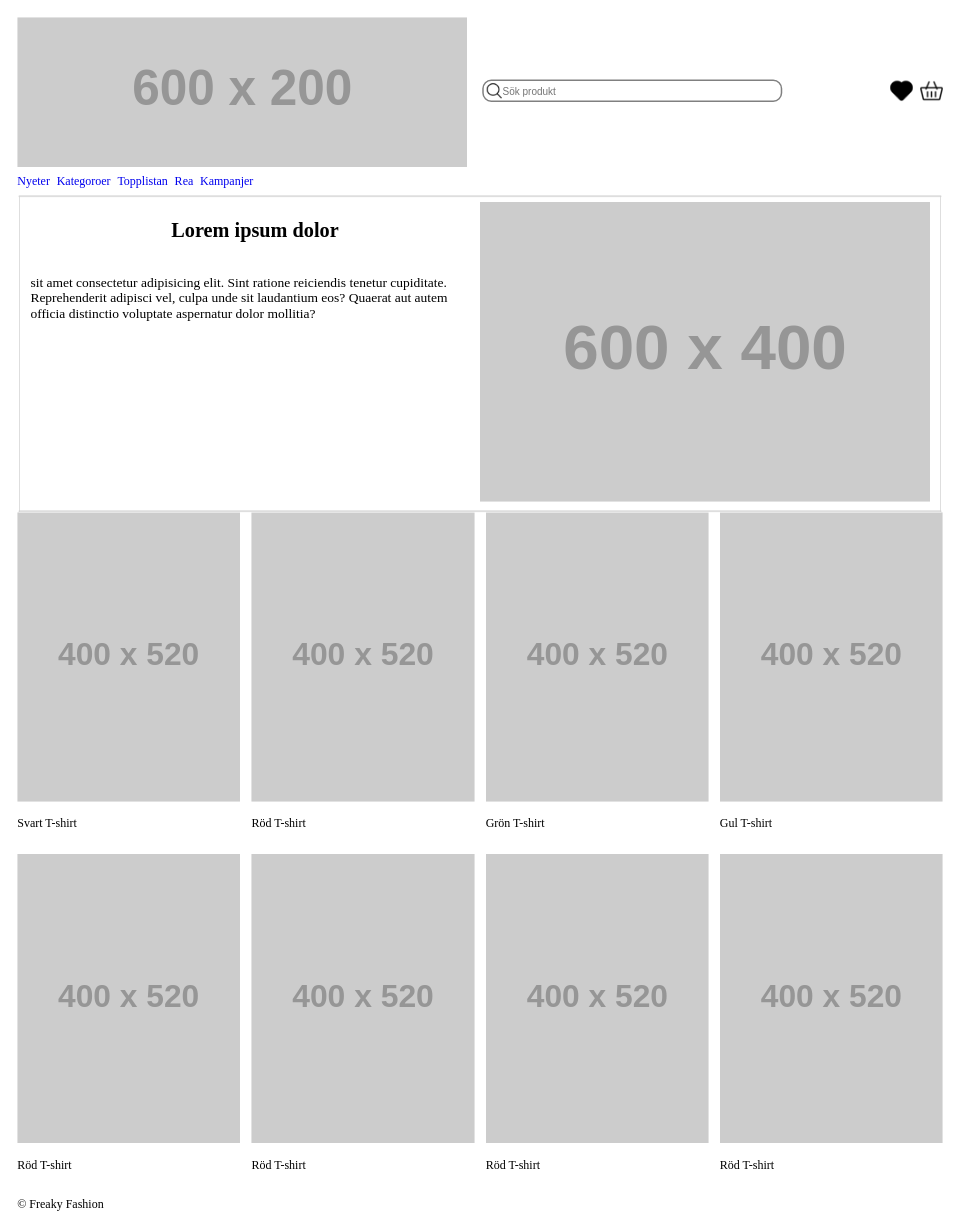
Repository: Kalle1995/project
Page: index.html
An editor plug-in stored every save of this project. The page is shown before and after a run of saves, followed by the edit.
The browser window is 1280 px wide. The pictures show the whole page, at 75% of full size.

Above is the page before, as saved 2024-10-05 22:18:36.

### index.html
<!DOCTYPE html>
<html lang="sv">

<head>
  <meta charset="UTF-8" />
  <meta name="viewport" content="width=device-width, initial-scale=1.0" />
  <title>Freaky Fashion</title>

  <link rel="stylesheet" href="main.css" />
</head>

<body>
  <header>
    <section>
      <div class="wholeHead">
        <img src="https://placehold.co/600x200 " alt="icon" class="icon" />

        <div class="searchAndIcons">
          <input type="search" placeholder="Sök produkt" class="search">
          <div class="headIcons">
            <a href="#"><img src="bilder/full heart.png" alt="favourite"></a>
            <a href="#"><img src="bilder/cart.png" alt="cart"></a>
          </div>
        </div>
      </div>

      <!-- jag behöver fixa att man kan sriva och iconen förvinner -->
      <!-- om, jag har div för input typ så den ta hela raden -->

      <div>
        <nav class="NavList">
          <ul>
            <li class="nav-list-item"><a href="#">Nyeter</a></li>
            <li class="nav-list-item hide-on-mobile ejnav"><a href="#">Kategoroer</a></li>
            <li class="nav-list-item"><a href="#">Topplistan</a></li>
            <li class="nav-list-item"><a href="#">Rea</a></li>
            <li class="nav-list-item"><a href="#">Kampanjer</a></li>
          </ul>
        </nav>
      </div>

      <!-- <dl> och <dt> använda man i detta falet  -->

    </section>
  </header>

  <main>
    <section class="mid">
      <article>
        <fieldset class="head">
          <img class="head-image" src="https://placehold.co/600x400" alt="" class="loremPic">
          <div>
            <h2 class="head-title">Lorem ipsum dolor</h2>
            <p class="head-text">
              <br>sit amet consectetur adipisicing elit. Sint ratione reiciendis tenetur cupiditate. Reprehenderit
              adipisci
              vel, culpa unde sit laudantium eos? Quaerat aut autem officia distinctio voluptate aspernatur dolor
              mollitia?
            </p>
          </div>
        </fieldset>
      </article>
    </section>
    <section class="products">
      <!-- grid container -->
      <div class="product">
        <!-- <img src="bilder/full heart.png" alt=""> -->
        <img class="product-pic" src="https://placehold.co/400x520/png?text=Black+T-shirt" alt="Svart T-shirt" />
        <p>Svart T-shirt</p>
      </div>

      <div class="product">
        <img class="product-pic" src="https://placehold.co/400x520/png?text=Red+T-shirt" alt="" />
        <p>Röd T-shirt</p>
      </div>

      <div class="product">
        <img class="product-pic" src="https://placehold.co/400x520/png?text=Green+T-shirt" alt="" />
        <p>Grön T-shirt</p>
      </div>

      <div class="product">
        <img class="product-pic" src="https://placehold.co/400x520/png?text=Gul+T-shirt" alt="" />
        <p>Gul T-shirt</p>

      </div>

      <div class="product">
        <img class="product-pic" src="https://placehold.co/400x520/png?text=Red+T-shirt" alt="">
        <p>Röd T-shirt</p>
      </div>

      <div class="product">
        <img class="product-pic" src="https://placehold.co/400x520/png?text=Red+T-shirt" alt="">
        <p>Röd T-shirt</p>
      </div>

      <div class="product">
        <img class="product-pic" src="https://placehold.co/400x520/png?text=Red+T-shirt" alt="">
        <p>Röd T-shirt</p>
      </div>

      <div class="product">
        <img class="product-pic" src="https://placehold.co/400x520/png?text=Red+T-shirt" alt="">
        <p>Röd T-shirt</p>
      </div>
    </section>
  </main>

  <br>

  <footer>
    <div class="Company">&copy; Freaky Fashion</div>
  </footer>
</body>

</html>

### main.css
body {
    padding: 15px;
    font-size: 2em;
    display: grid;

}


.head-title {
    text-align: center;
}

.products {
    display: grid;
    gap: 15px;
}

ul {
    list-style-type: none;
    margin: 0;
    padding: 0;

}

.search {
    border: 2px solid gray;
    border-radius: 12px;
    padding: 5px;
    display: inline;
    background-image: url(bilder/search.png);
    background-repeat: no-repeat;
    background-position: 4px;
    padding-left: 25px;

}

.NavList {
    display: block;
    padding-bottom: 10px;
    padding-top: 10px;

}

.hide-on-mobile {
    display: none;
}

.nav-list-item {
    a {
        text-decoration: none;
    }
}

.product-pic {
    width: 100%;
    height: auto;
}

.head {
    display: flex;
    flex-direction: column;
}

.head-image {
    width: 100%;
}

.wholeHead {
    display: flex;
    flex-direction: row;
}

.searchAndIcons {
    width: 100%;
    display: flex;
    flex-direction: row;
    margin: auto 0 auto 20px;
}

.search {
    height: 30px;
    width: 100%;
    max-width: 400px;
    margin-right: 10px;
}

.headIcons {
    display: flex;
    gap: 10px;
    margin-right: 0;
    margin-left: auto;

    img {
        height: 30px;
    }
}

@media (max-width: 640px) {
    .mid {
        position: relative;
        display: block;
        font-size: medium;
    }

    li {
        margin-bottom: 3px;
    }

    .icon {
        width: 100%;
    }

    .wholeHead {
        flex-direction: column;
    }

    .search {
        height: 35px;
        width: 100%;
        max-width: 400px;
    }

    .headIcons {
        img {
            height: 35px;
        }
    }
}

@media (min-width: 640px) {
    .products {
        grid-template-columns: repeat(2, 1fr);
    }

    .mid {
        position: relative;
        display: block;
        font-size: large;
    }
}

body {
    font-size: 1.5em;
}

@media (min-width: 1024px) {
    .products {
        grid-template-columns: repeat(4, 1fr);
    }

    body {
        font-size: 1em;
    }

    .listan {
        display: flex;
    }

    li {
        display: inline;
        margin-right: 5px;
    }

    .hide-on-mobile {
        display: inline-block;
    }

    .head {
        flex-direction: row-reverse;
    }
}





/*
    @media (max-width:1024px) {
        .ejnav {
            display: none;
        }

      }
*/



/*
      @media print {
        body {
            font-size: 4em;
        }
        img {
            display: none;
        }
      }
*/



/*
här för Nyproduckt sidan
*/


header>h3 {
    position: absolute;
    left: 10px;
    bottom: auto;
}

.vänster {
    display: grid;
    grid-template-rows: 100%;
    background-color: gray;
}


.liggTill {
    hero-text button: hover
}


/*
kassa sidan
*/

.kassa {
    text-align: center;

}






.buy>button {
    display: grid;
    align-items: center;
    width: 80px;
    height: 30px;
    background-color: rgb(255, 255, 255);
    margin-left: 50%;
    font-weight: bold;
    border-radius: 10px;

}


.no-space {
    margin: 0;
    padding: 0;
    border: none;
    border-top: 1px solid black;
    /* Valfri färg eller stil på linjen */
}


.omOss {
    padding: 15px;
    background-color: rgb(207, 206, 206)
}

.list-container {
    display: inline-flex;
    justify-content: space-between;
    /* Ser till att listorna sprids ut jämnt */
    gap: 150px;
    /* Mellanrum mellan listorna */
}

.list {
    flex: 1;
    /* Gör att listorna tar upp lika mycket plats */
    padding-left: 15px;
}

.list h3 {
    margin-bottom: 20px;
}

.list li {
    list-style-type: none;
    /* ingen punkter i listan */
    padding: 0;
}

.list li ul {
    margin-bottom: 10px;
}




/*
Administration
*/

.AD {
    width: 115%;
    padding-left: 15px;
    margin-left: -25px;
    margin-top: -25px;
    float: left;
    font-style: normal;
    background-color: rgb(0, 0, 0);
    position: relative;
    display: flex;
    color: white;
}

.PR {
    background-color: rgb(209, 209, 208);
    height: auto;
    margin-left: -25px;
    padding-left: 20px;
    margin-right: auto;
    padding-right: 70px;
    padding-top: 15px;
    font-weight: bold;
    position: relative;
}

.AR {
    position: relative;
    ;
    left: 200px;
    top: -40px;

}













/*

.Company{
    text-align: center;
    bottom: auto;
}

After the next 2 saves:
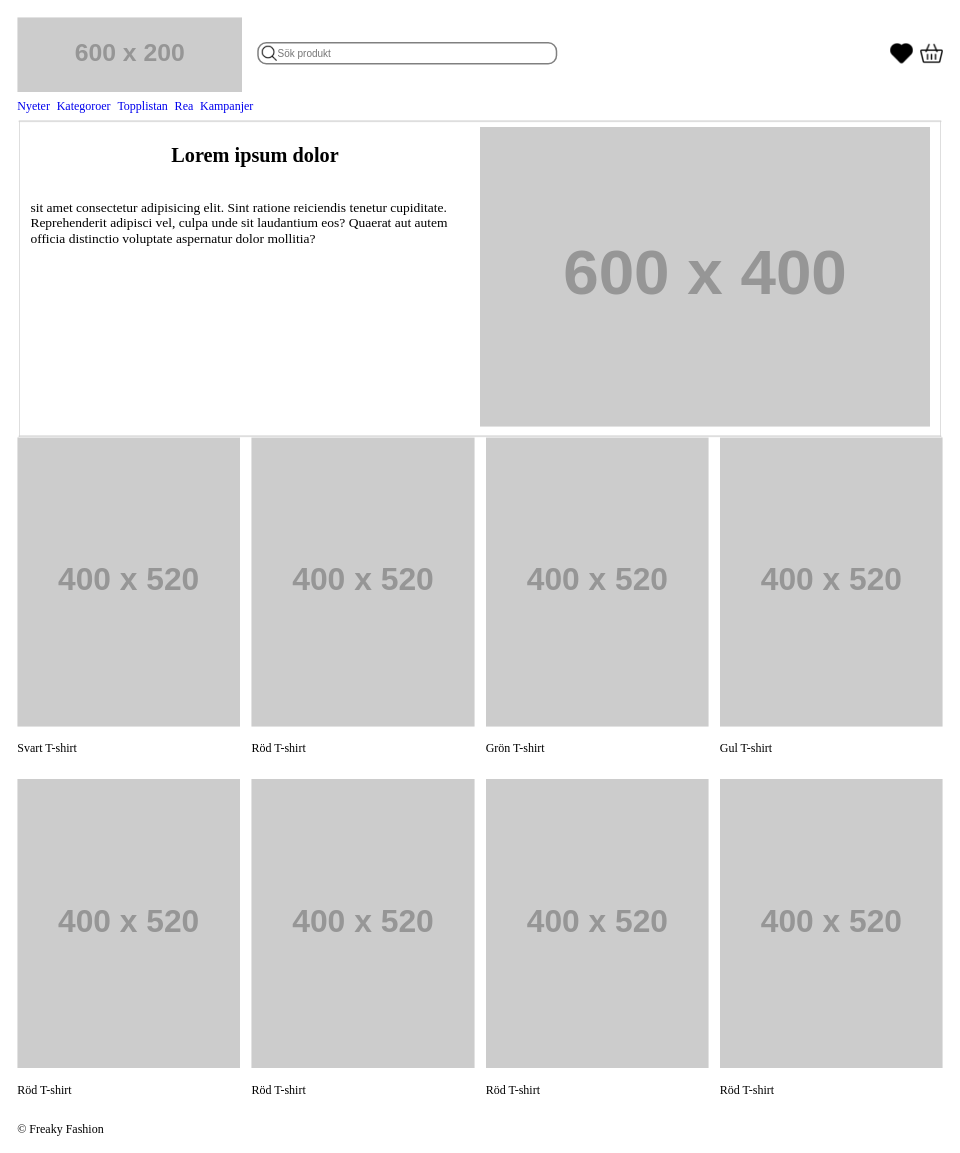
The 2 saves are shown as one change because they came seconds apart.
The last was saved 20 s later.
--- a/main.css
+++ b/main.css
@@ -93,6 +93,10 @@ ul {
     img {
         height: 30px;
     }
+}
+
+.icon {
+    width: 300px;
 }
 
 @media (max-width: 640px) {
